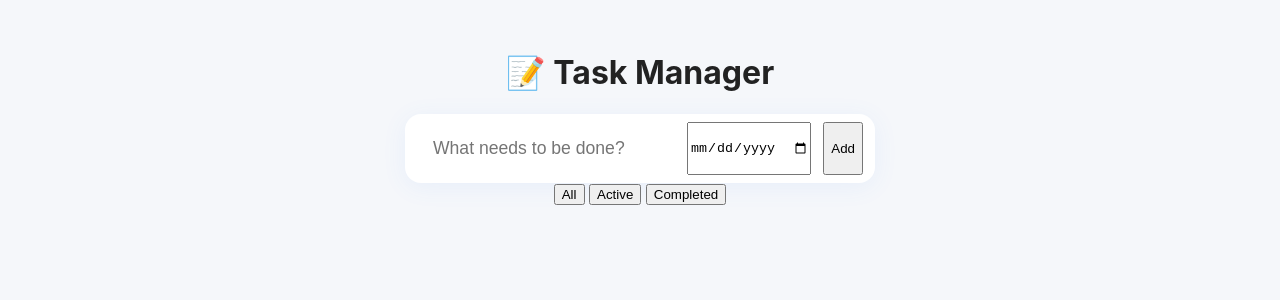
Repository: kirankumarwq/On-Time
Page: index.html
The author's editor kept a copy of each file at every save. The page is drawn from the files as they stood at one save, then again after the next save.
The browser window is 1280 px wide. The pictures show the whole page.

Above is the page before, as saved 2025-06-09 17:35:44.

### index.html
<!DOCTYPE html>
<html lang="en">
<head>
  <meta charset="UTF-8">
  <meta name="viewport" content="width=device-width, initial-scale=1">
  <title>Task Manager MVP</title>
  <link rel="stylesheet" href="style.css">
</head>
<body>
  <main class="container">
    <h1>📝 Task Manager</h1>
    <form id="task-form">
      <input type="text" id="task-input" placeholder="What needs to be done?" required>
       <input id="task-date" type="date" />
      <button type="submit">Add</button>
    </form>
    <div id="filters">
  <button onclick="setFilter('all')">All</button>
  <button onclick="setFilter('active')">Active</button>
  <button onclick="setFilter('completed')">Completed</button>
</div>
    <ul id="task-list"></ul>
  </main>

  <script src="script.js"></script>
</body>
</html>

### style.css
/* CSS for a modern, clean task management app */
/* Using CSS variables for easy theming and maintenance */
:root {
    --primary: #4F8CFF;
    --secondary: #F5F7FA;
    --accent: #FFD166;
    --danger: #FF5C5C;
    --text: #222;
    --bg: #fff;
    --radius: 16px;
    --shadow: 0 4px 24px rgba(79,140,255,0.08);
    --font-main: 'Inter', 'Segoe UI', Arial, sans-serif;
}
* {
    box-sizing: border-box;
}
body {
    font-family: var(--font-main);
    background: var(--secondary);
    color: var(--text);
    margin: 0;
    min-height: 100vh;
    display: flex;
    flex-direction: column;
}
header {
    background: var(--primary);
    color: #fff;
    padding: 2.5rem 1rem 1.5rem 1rem;
    text-align: center;
    border-radius: 0 0 var(--radius) var(--radius);
    box-shadow: var(--shadow);
}
header h1 {
    font-size: 2.5rem;
    font-weight: 800;
    margin: 0 0 0.5rem 0;
    letter-spacing: -1px;
}
header p {
    font-size: 1.15rem;
    font-weight: 400;
    margin: 0;
    opacity: 0.85;
}
main {
    flex: 1;
    display: flex;
    flex-direction: column;
    align-items: center;
    padding: 2rem 1rem;
}
#task-input-section {
    width: 100%;
    max-width: 480px;
    margin-bottom: 2rem;
}
#task-form {
    display: flex;
    gap: 0.75rem;
    background: var(--bg);
    border-radius: var(--radius);
    box-shadow: var(--shadow);
    padding: 0.5rem 0.75rem;
}
#task-input {
    flex: 1;
    padding: 1rem;
    border: none;
    border-radius: var(--radius);
    font-size: 1.1rem;
    background: transparent;
    outline: none;
    color: var(--text);
}
#add-task-btn {
    background: var(--primary);
    color: #fff;
    border: none;
    border-radius: var(--radius);
    padding: 0 1.5rem;
    font-size: 1.1rem;
    font-weight: 600;
    cursor: pointer;
    transition: background 0.2s, color 0.2s;
    box-shadow: 0 2px 8px rgba(79,140,255,0.10);
}
#add-task-btn:hover, #add-task-btn:focus {
    background: var(--accent);
    color: #222;
}
#tasks-section {
    width: 100%;
    max-width: 480px;
}
#task-list {
    list-style: none;
    padding: 0;
    margin: 0;
}
.task-item {
    background: var(--bg);
    margin-bottom: 1.25rem;
    padding: 1.1rem 1rem;
    border-radius: var(--radius);
    box-shadow: var(--shadow);
    display: flex;
    align-items: center;
    justify-content: space-between;
    transition: background 0.2s, box-shadow 0.2s;
    font-size: 1.08rem;
}
.task-item.completed {
    text-decoration: line-through;
    opacity: 0.55;
    background: #e9ecef;
}
.task-actions {
    display: flex;
    gap: 0.5rem;
}
.action-btn {
    background: none;
    border: none;
    cursor: pointer;
    font-size: 1.25rem;
    padding: 0.3rem 0.7rem;
    border-radius: var(--radius);
    transition: background 0.2s, color 0.2s;
    outline: none;
}
.action-btn.complete {
    color: var(--primary);
}
.action-btn.delete {
    color: var(--danger);
}
.action-btn:focus, .action-btn:hover {
    background: var(--secondary);
    color: var(--accent);
}
footer {
    text-align: center;
    padding: 1.2rem 0 1rem 0;
    background: #f9f9f9;
    color: #888;
    font-size: 1rem;
    border-radius: var(--radius) var(--radius) 0 0;
    box-shadow: 0 -2px 8px rgba(0,0,0,0.03);
}
body.landing {
    min-height: 100vh;
    display: flex;
    flex-direction: column;
    justify-content: space-between;
    align-items: center;
    background: var(--secondary);
    margin: 0;
}
.landing-header {
    width: 100%;
    text-align: center;
    margin-top: 12vh;
}
.landing-header h1 {
    font-size: 3rem;
    font-weight: 900;
    color: var(--primary);
    margin-bottom: 0.5rem;
    letter-spacing: -2px;
}
.landing-header p {
    font-size: 1.3rem;
    color: #444;
    opacity: 0.85;
    margin: 0;
}
.landing-main {
    flex: 1;
    display: flex;
    align-items: center;
    justify-content: center;
    width: 100%;
}
.start-btn {
    position: fixed;
    left: 50%;
    bottom: 7vh;
    transform: translateX(-50%);
    background: var(--primary);
    color: #fff;
    border: none;
    border-radius: 32px;
    padding: 1.1rem 3.5rem;
    font-size: 1.4rem;
    font-weight: 700;
    box-shadow: 0 6px 32px rgba(79,140,255,0.15);
    cursor: pointer;
    transition: background 0.2s, color 0.2s, box-shadow 0.2s;
    z-index: 10;
}
.start-btn:hover, .start-btn:focus {
    background: var(--accent);
    color: var(--text);
    box-shadow: 0 8px 40px rgba(255,209,102,0.18);
}
.landing-footer {
    width: 100%;
    text-align: center;
    padding: 1.2rem 0 1rem 0;
    background: #f9f9f9;
    color: #888;
    font-size: 1rem;
    border-radius: var(--radius) var(--radius) 0 0;
    box-shadow: 0 -2px 8px rgba(0,0,0,0.03);
    position: fixed;
    left: 0;
    bottom: 0;
}
@media (max-width: 600px) {
    main, #task-input-section, #tasks-section {
        padding: 1rem 0.2rem;
        max-width: 100%;
    }
    .task-item {
        flex-direction: column;
        align-items: flex-start;
        gap: 0.5rem;
        font-size: 1rem;
    }
    header h1 {
        font-size: 2rem;
    }
    .landing-header h1 {
        font-size: 2.1rem;
    }
    .start-btn {
        font-size: 1.1rem;
        padding: 0.9rem 2.2rem;
    }
}

Loaded but not shown: script.js (empty)

After the next save:
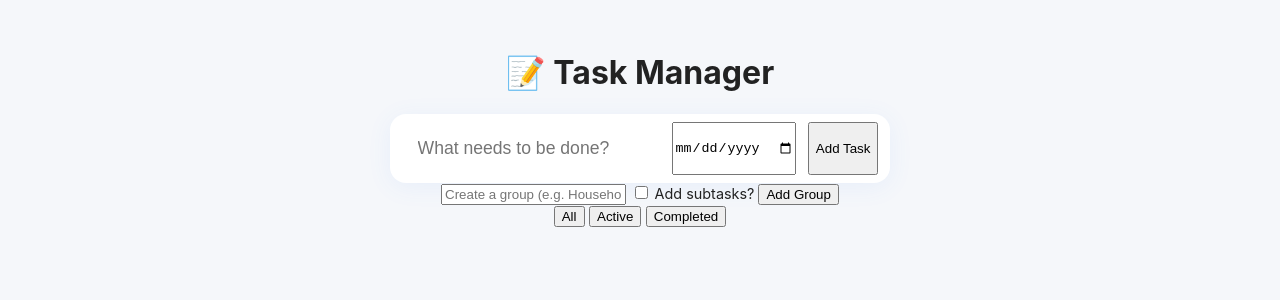
Saved 5 min 51 s later.
--- a/index.html
+++ b/index.html
@@ -9,16 +9,32 @@
 <body>
   <main class="container">
     <h1>📝 Task Manager</h1>
+
+    <!-- ✅ Normal Task Form -->
     <form id="task-form">
       <input type="text" id="task-input" placeholder="What needs to be done?" required>
-       <input id="task-date" type="date" />
-      <button type="submit">Add</button>
+      <input id="task-date" type="date" />
+      <button type="submit">Add Task</button>
     </form>
+
+    <!-- ✅ Group + Optional Subtasks Form -->
+    <form id="group-form">
+      <input type="text" id="group-input" placeholder="Create a group (e.g. Household Work)" required>
+      <label style="font-size: 0.9rem;">
+        <input type="checkbox" id="with-subtasks">
+        Add subtasks?
+      </label>
+      <button type="submit">Add Group</button>
+    </form>
+
+    <!-- Filters -->
     <div id="filters">
-  <button onclick="setFilter('all')">All</button>
-  <button onclick="setFilter('active')">Active</button>
-  <button onclick="setFilter('completed')">Completed</button>
-</div>
+      <button onclick="setFilter('all')">All</button>
+      <button onclick="setFilter('active')">Active</button>
+      <button onclick="setFilter('completed')">Completed</button>
+    </div>
+
+    <!-- Task List Display -->
     <ul id="task-list"></ul>
   </main>
 
